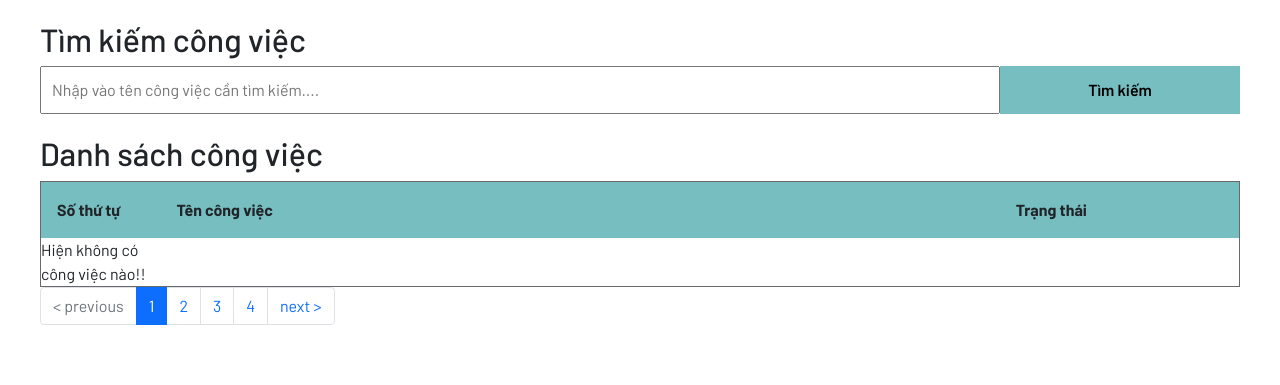
Repository: OkazakiTruong/searchReact
Page: /
These files come from the project's save history. The page is drawn as it stood at one moment and after the next save; the edit follows.
The browser window is 1280 px wide. The pictures show the whole page.
The page's requests for data from a server got no answer. The project was rebuilt for these pictures with package versions that can differ from the ones it lists, and the page was loaded fresh each time. No one was signed in, and anything a server would have sent is missing. Also part of the build but not shown: vite.config.js.

Above is the page before, as saved 2024-01-11 18:46:23.

### src/App.jsx
import React from "react";
import { SearchAppContainer } from "./SearchApp/SearchAppContainer";
import { Pagination } from "./SearchApp/Pagination/Pagination";

export const App = () => {
  return (
    <div className="app">
      <SearchAppContainer />
      <Pagination />
    </div>
  );
};

### src/index.css
@import url("https://fonts.googleapis.com");
@import url("https://fonts.gstatic.com");
@import url("https://fonts.googleapis.com/css2?family=Barlow:ital,wght@0,100;0,200;0,300;0,400;0,500;0,600;0,700;0,800;0,900;1,100;1,200;1,300;1,400;1,500;1,600;1,700;1,800;1,900&display=swap");
@import "https://cdn.jsdelivr.net/npm/bootstrap@5.1.3/dist/css/bootstrap.min.css";

* {
  padding: 0;
  margin: 0;
  box-sizing: border-box;
}

body {
  font-family: "Barlow", sans-serif;
}

.app {
  max-width: 1250px;
  padding: 0 25px;
  margin: 0 auto;
}

### src/SearchApp/SearchAppContainer.jsx
import React, { useCallback, useEffect, useState } from "react";
import { ListTodo } from "./Todo/ListTodo";
import { Search } from "./Search/Search";

export const SearchAppContainer = () => {
  const [todos, setTodos] = useState(null);
  useEffect(() => {
    //fetch api
    fetch("https://jsonplaceholder.typicode.com/todos?_page=1", {
      method: "GET",
      headers: {
        "Content-type": "application/json",
      },
    })
      .then((response) => {
        console.log(response);
        return response.json();
      })
      .then((data) => {
        console.log(data);
        setTodos(data);
      });
  }, []);
  return (
    <div>
      <Search />
      <ListTodo todos={todos} />
    </div>
  );
};

### src/SearchApp/Pagination/Pagination.jsx
import React from "react";
import ReactPaginate from "react-paginate";
import "./pagination.css";

export const Pagination = () => {
  const handlePageClick = () => {};

  return (
    <div>
      <ReactPaginate
        nextLabel="next >"
        onPageChange={handlePageClick}
        pageRangeDisplayed={3}
        marginPagesDisplayed={2}
        pageCount={4}
        previousLabel="< previous"
        pageClassName="page-item"
        pageLinkClassName="page-link"
        previousClassName="page-item"
        previousLinkClassName="page-link"
        nextClassName="page-item"
        nextLinkClassName="page-link"
        breakLabel="..."
        breakClassName="page-item"
        breakLinkClassName="page-link"
        containerClassName="pagination"
        activeClassName="active"
        renderOnZeroPageCount={null}
      />
    </div>
  );
};

### src/SearchApp/Todo/ListTodo.jsx
import React from "react";
import "./listTodo.css";

export const ListTodo = ({ todos }) => {
  return (
    <>
      <h2>Danh sách công việc</h2>
      <table>
        <tbody>
          <tr>
            <th className="numerical-order">Số thứ tự</th>
            <th className="todo-name">Tên công việc</th>
            <th className="status">Trạng thái</th>
          </tr>
          {!todos
            ? "Hiện không có công việc nào!!"
            : todos.map((todo, index) => (
                <tr key={todo.id}>
                  <td>{++index}</td>
                  <td>{todo.title}</td>
                  <td>
                    {todo.completed ? "Đã hoàn thành" : "Chưa hoàn thành"}
                  </td>
                </tr>
              ))}
        </tbody>
      </table>
    </>
  );
};

### src/SearchApp/Search/Search.jsx
import React from "react";
import "./Search.css";

export const Search = () => {
  return (
    <div className="search-container">
      <h2>Tìm kiếm công việc</h2>
      <form action="#">
        <div className="search-bar">
          <input
            type="text"
            placeholder="Nhập vào tên công việc cần tìm kiếm...."
          />
          <button>Tìm kiếm</button>
        </div>
      </form>
    </div>
  );
};

### src/SearchApp/Todo/listTodo.css
table {
  width: 100%;
}
table,
th,
td {
  border: 1px solid #696969;
  border-collapse: collapse;
}
th,
td {
  padding: 16px;
}
th {
  background-color: #77bec0;
}
th.todo-name {
  width: 70%;
}
th.numeric-order {
  width: 10%;
}
th.status {
  width: 20%;
}

h2 {
  margin-bottom: 20px;
}

### src/SearchApp/Search/Search.css
.search-container {
  margin: 20px 0;
}
.search-bar {
  display: flex;
  width: 100%;
}
input {
  width: 80%;
  padding: 10px;
}
button {
  width: 20%;
  cursor: pointer;
  background-color: #77bec0;
  border: #77bec0;
  font-weight: 600;
  font-size: 16px;
}

### src/SearchApp/Pagination/pagination.css
.pagination-container {
  margin: 40px 0 !important;
}

Loaded but not shown: index.html (common file); src/main.jsx (common file)

After the next save:
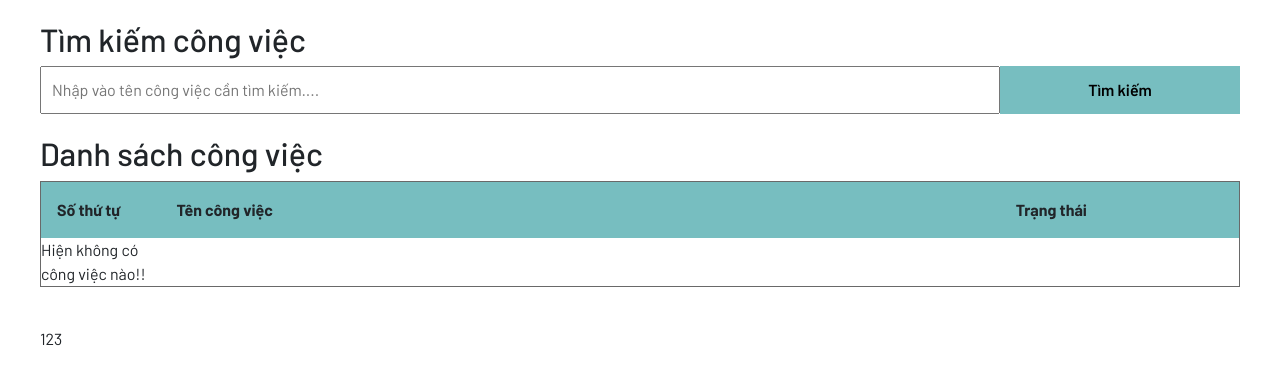
Saved 68 s later.
--- a/src/SearchApp/Pagination/Pagination.jsx
+++ b/src/SearchApp/Pagination/Pagination.jsx
@@ -6,8 +6,9 @@ export const Pagination = () => {
   const handlePageClick = () => {};
 
   return (
-    <div>
-      <ReactPaginate
+    <div className="pagination-container">
+      123
+      {/* <ReactPaginate
         nextLabel="next >"
         onPageChange={handlePageClick}
         pageRangeDisplayed={3}
@@ -26,7 +27,7 @@ export const Pagination = () => {
         containerClassName="pagination"
         activeClassName="active"
         renderOnZeroPageCount={null}
-      />
+      /> */}
     </div>
   );
 };
